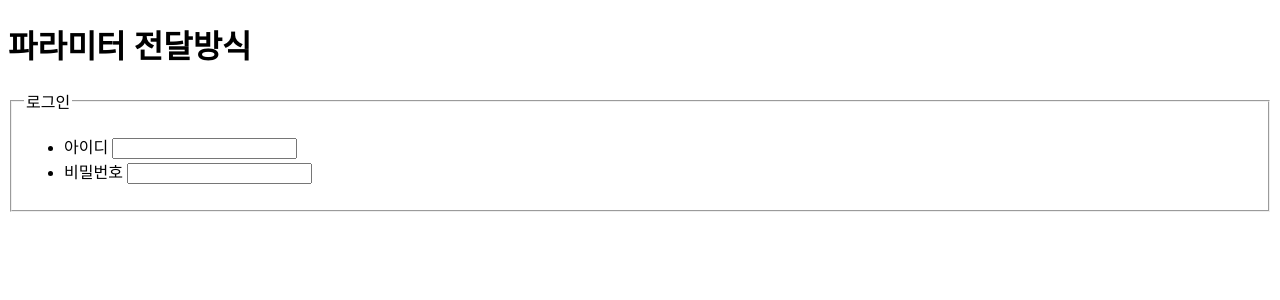
Repository: seminocoe/JSP_STUDY
Page: http://localhost/ServletProject/login/loginForm.jsp
The author's editor kept a copy of each file at every save. The page is drawn from the files as they stood at one save, then again after the next save.
The browser window is 1280 px wide. The pictures show the whole page.
The page is served by Tomcat 9.

Above is the page before, as saved 2022-07-29 00:50:38.

After the next save:
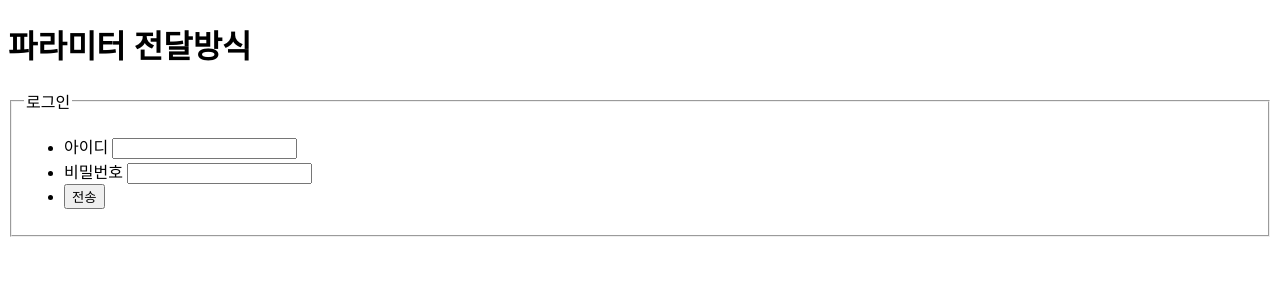
Saved 64 s later.
--- a/ServletProject/src/main/webapp/login/loginForm.jsp
+++ b/ServletProject/src/main/webapp/login/loginForm.jsp
@@ -20,6 +20,7 @@
 				<label for="passwd">비밀번호</label>
 				<input type="text" name="passwd">
 			</li>
+			<li><input type="submit" value="전송"></li>
 		</ul>
 
 
